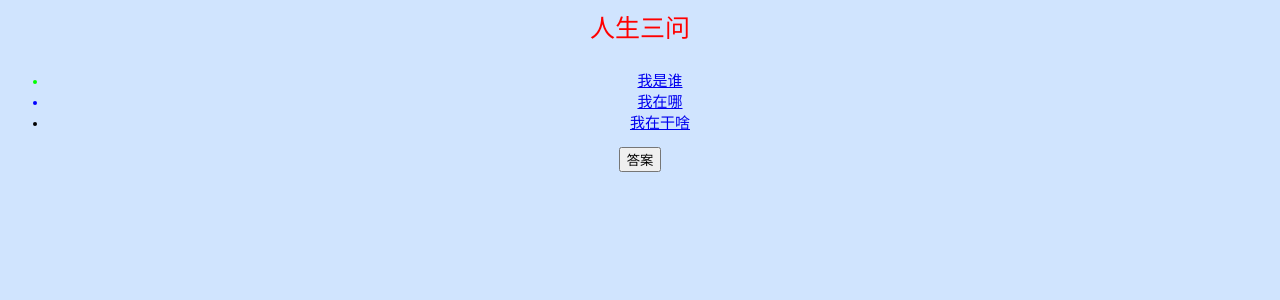
Repository: biuiuiu/springStudy
Page: http://localhost/Sad/
An editor plug-in stored every save of this project. The page is shown before and after the next save, followed by the edit.
The browser window is 1280 px wide. The pictures show the whole page.
The page is served by Tomcat 9. Other server files are loaded and not shown.

Above is the page before, as saved 2017-06-14 07:25:18.

### Sad/WebContent/index.jsp
<%@ page language="java" import="java.util.*" pageEncoding="UTF-8"%>

<!DOCTYPE HTML PUBLIC "-//W3C//DTD HTML 4.01 Transitional//EN">

<html>

<head>

<title>Sad</title>


<script>


	function loadXMLDoc()
	{
	    var xmlhttp;
	    if (window.XMLHttpRequest)
	    {
	        // IE7+, Firefox, Chrome, Opera, Safari 浏览器执行代码
	        xmlhttp=new XMLHttpRequest();
	    }
	    else
	    {
	        // IE6, IE5 浏览器执行代码
	        xmlhttp=new ActiveXObject("Microsoft.XMLHTTP");
	    }
	    xmlhttp.onreadystatechange=function()
	    {
	        if (xmlhttp.readyState==4 && xmlhttp.status==200)
	        {
	            document.getElementById("myDiv").innerHTML=xmlhttp.responseText;
	        }
	    }
	    xmlhttp.open("GET","sad/helloworld/getString/1",true);
	    xmlhttp.send();
	}

</script>

<style>
	body{
		 background-color:#d0e4fe;
		 text-align:center;
	}
	p{
		color:#ff0000;
		font-size:25px;
	}
	ul{
		font-size:15px
	}
	li.first{
		color:#00ff00;
	}
	li.second{
		color:#0000ff;
	}
</style>
</head>

<body>
	<p>人生三问</p>
	<ul>
		<li class = "first"><a href = "/helloworld/getString/1">我是谁</a></li>
		<li class = "second"><a href = "/sad/where">我在哪</a></li>
		<li class = "third"><a href = "/sad/what">我在干啥</a></li>
	</ul>
	<button onClick = "loadXMLDoc()">答案</button>
	<div id="myDiv"></div>

</body>

</html>

After the next save:
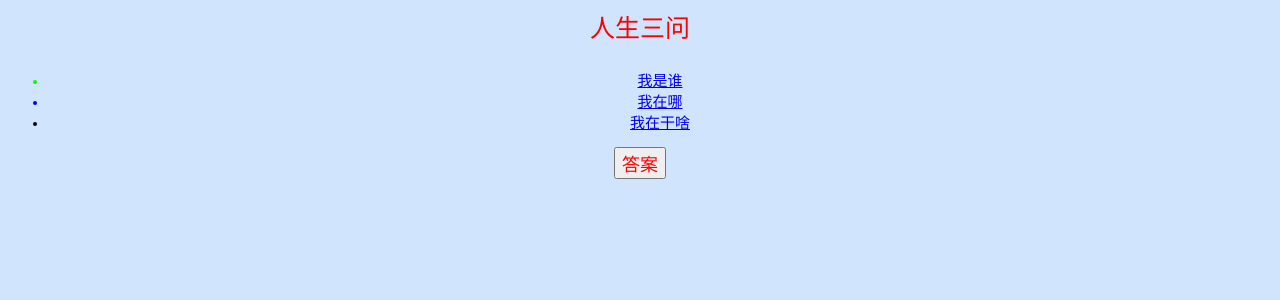
Saved 39 s later.
--- a/Sad/WebContent/index.jsp
+++ b/Sad/WebContent/index.jsp
@@ -56,6 +56,10 @@
 	li.second{
 		color:#0000ff;
 	}
+	button{
+		font-size:18px;
+		color:red;
+	}
 </style>
 </head>
 
